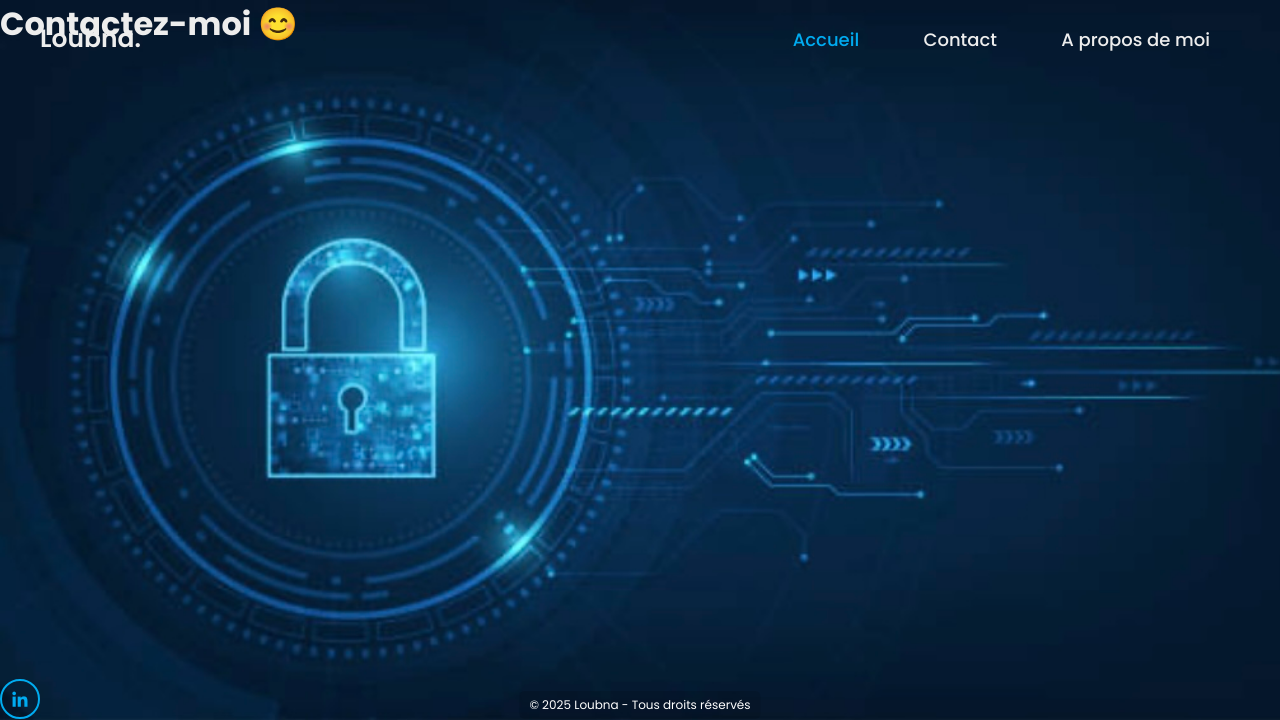
Repository: Loubna77290/Portfolio-de-Loubna
Page: contact.html
These files come from the project's save history. The page is drawn as it stood at one moment and after the next save; the edit follows.
The browser window is 1280 px wide. The pictures show the whole page.

Above is the page before, as saved 2025-03-10 23:25:50.

After the next save:
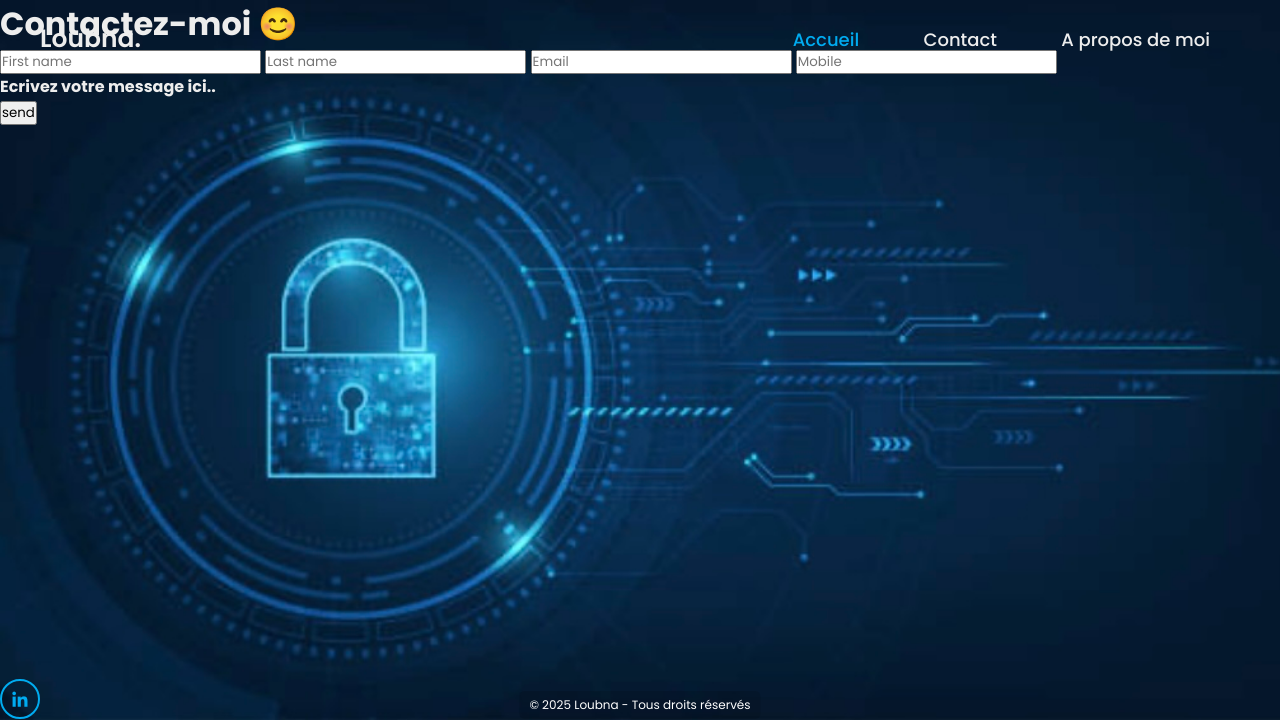
Saved 3 min 30 s later.
--- a/contact.html
+++ b/contact.html
@@ -21,6 +21,13 @@
     <div class="contact-background">
         <form>
             <h1>Contactez-moi &#128522;</h1>
+            <input type="text" id="firstname" placeholder="First name"required>
+            <input type="text" id="lastname" placeholder="Last name"required>
+            <input type="email" id="email" placeholder="Email"required>
+            <input type="text" id="mobile" placeholder="Mobile"required>
+            <h4>Ecrivez votre message  ici..</h4>
+            <input type="submit" value="send" id="button">
+
 
         </form>
 
